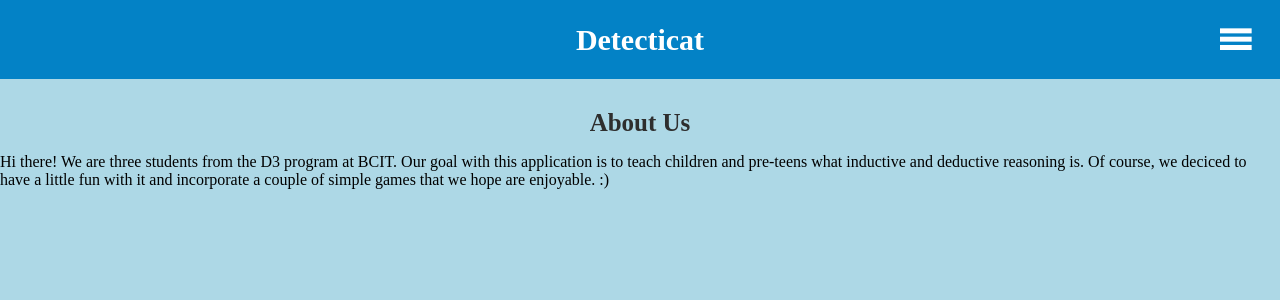
Repository: cynthiahcheng/Detecticat
Page: about page/about-us.html
These files come from the project's save history. The page is drawn as it stood at one moment and after the next save; the edit follows.
The browser window is 1280 px wide. The pictures show the whole page.

Above is the page before, as saved 2020-03-14 21:44:19.

### about page/about-us.html
<!DOCTYPE html>
<html lang="en">

<head>
    <meta charset="UTF-8">
    <meta name="viewport" content="width=device-width, initial-scale=1.0">
    <link href="https://fonts.googleapis.com/icon?family=Material+Icons" rel="stylesheet">
    <link rel="stylesheet" href="about-us.css" type="text/css" />
    <title>Detecticat</title>
</head>

<body>
    <div class="header">
        <div class="header_title">Detecticat</div>
        <i class="material-icons" onclick="menuOpen()">menu</i>
    </div>

    <div class="nav">
        <div class="nav_close" onclick="menuClose()">
            <img class="close" src="../svg/close.svg">
        </div>
        <div class="nav_sub">
            <div class="nav_items">Home</div>
            <div class="nav_items">About</div>
            <div class="nav_items">Game</div>
            <div class="nav_items">Contact Us</div>
        </div>
    </div>

    <div id="app">
        <div class="info">
            <div class="subhead">About Us</div>
            <div id="description">
                <P> Hi there! We are three students from the D3 program at BCIT.
                    Our goal with this application is to teach children and pre-teens what inductive and deductive reasoning is.
                Of course, we deciced to have a little fun with it and incorporate a couple of simple games that we hope are enjoyable. :)
             </P>
            </div>



        </div>

        <script src="about-us.js"></script>
</body>

</html>

### about page/about-us.css

body, html {
    margin:0;
    padding:0;
    background-color:lightblue;
}

.header {
    display:flex;
    justify-content: center;
    align-items: center;
    background-color: #0382C6;
    height:11vh;
}

.header_title {
    font-size:30px;
    font-family:Futura;
    font-weight:bold;
    color:white;
    position: relative;
    align-items: center;
}

.material-icons {
    font-weight:bold;
    font-size:40px;
    color:white;
    position: absolute;
    padding:10px;
    right:15px;
    cursor:pointer;
}

.nav {
    position:absolute;
    right:0;
    opacity:0;
    background-color: #0382C6;
    transition: opacity 0.1s;
}

.nav_close {
    border: 2.5px solid #073F9A;
    border-radius: 7px;
    position:absolute;
    right: 25px;
    width:20px;
    height:20px;
    padding:3px;
    cursor:pointer;
}

.nav_close_btn {
    width:23px;
    height:23px;
    margin-top:3.5px;
    margin-left:3.5px;
}

.nav_sub {
    font-size:20px;
    font-family:futura;
    font-weight:600;
    line-height:1.5;
    color:white;
    margin-top:40px;
    padding:15px 50px 15px 18px;
    cursor:pointer;
}

/* #app {
    background-color:lightblue;
} */
.info {
    display:flex;
    flex-direction:column;
    align-items: center;
}

.subhead {
    font-size:25px;
    font-family:futura;
    color:rgb(46, 46, 46);
    font-weight:600;
    padding-top:30px;
}

.description {
    font-size:20px;
    font-family:futura;
    padding-top:30px;
    line-height: 1.2;
}

### about page/about-us.js
var close_State = true;

function menuOpen(){
    document.querySelector(".nav").style.opacity = 100;
}

function menuClose(){
    document.querySelector(".nav").style.opacity = 0;
}

After the next save:
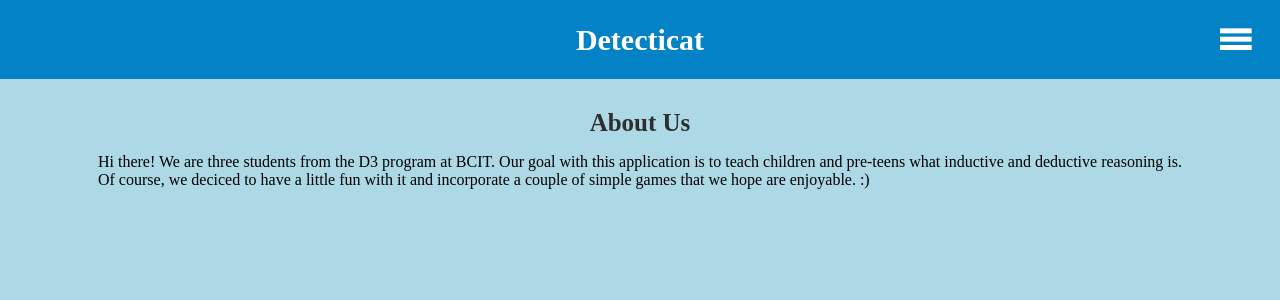
Saved 10 s later.
--- a/about page/about-us.html
+++ b/about page/about-us.html
@@ -32,7 +32,7 @@
             <div class="subhead">About Us</div>
             <div id="description">
                 <P> Hi there! We are three students from the D3 program at BCIT.
-                    Our goal with this application is to teach children and pre-teens what inductive and deductive reasoning is.
+                    Our goal with this application is to teach children and pre-teens what inductive and deductive reasoning is. <br>
                 Of course, we deciced to have a little fun with it and incorporate a couple of simple games that we hope are enjoyable. :)
              </P>
             </div>
